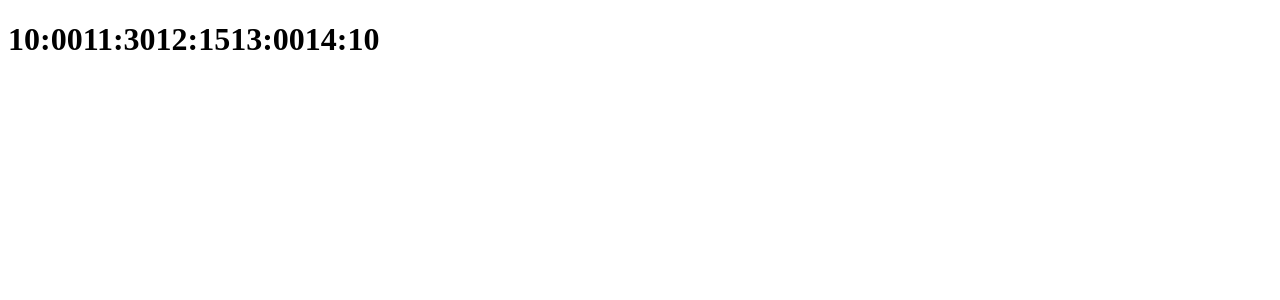
Repository: tsydikov/react_test_task_part2
Page: /
An editor plug-in stored every save of this project. The page is shown before and after the next save, followed by the edit.
The browser window is 1280 px wide. The pictures show the whole page.
The project was rebuilt for these pictures with package versions that can differ from the ones it lists, and the page was loaded fresh each time.

Above is the page before, as saved 2021-09-02 01:42:00.

### public/index.html
<!DOCTYPE html>
<html lang="en">
  <head>
    <meta charset="utf-8" />
    <meta name="viewport" content="width=device-width, initial-scale=1" />
    <meta
      name="description"
      content="Web site created using create-react-app"
    />
    <title>Task part 2</title>
  </head>
  <body>
    <div id="root"></div>

  </body>
</html>

### src/App.js
import React, { useEffect, useState } from 'react'
import GetFetchData from './API/GetFetchData';

function App() {
  const [workingIntervals,setWorkingIntervals] = useState([])
  useEffect(()=>{
    calck()
  },[])
  //   async function getFetchData() {
  //     const data = await GetFetchData.get()
  //     // console.log(data)
  // }
  const data = {
    "start": "10:00",
    "appointments": [
      {
        "start": "10:45",
        "duration": 45
      },
      {
        "start": "13:50",
        "duration": 20
      }
    ],
    "end": "15:00"
  }
  // функция для перевода строчных значений в числовые
  function stringToArray(time) {
    let StringToArray = [
      Number(time.slice(0, time.indexOf(':'))),
      Number(time.slice(time.indexOf(':') + 1, time.length))
    ]
    return StringToArray;
  }
  const calck = () => {
    let workingIntervals = [data.start]
    let appointments = []
    let startWork = stringToArray(data.start)
    let endWork = stringToArray(data.end)
    for (let i = 0; i < data.appointments.length; i++) {
      appointments.push(stringToArray(data.appointments[i].start))
    }
    let numberOfAppointment = 0
     // начинаем перебирать значения времени с шагом 45 минут
    for (let i = startWork[1]; startWork[0] < endWork[0]; i = i + 45) {
      // проверка наличия совещания
      let diference = Math.abs(Math.abs(startWork[0]-appointments[numberOfAppointment][0])* 60 + (appointments[numberOfAppointment][1] - startWork[1]))
      if (diference<= 90) {
        startWork[0]=appointments[numberOfAppointment][0]
        i=appointments[numberOfAppointment][1]
        i=i+data.appointments[numberOfAppointment].duration
        if (numberOfAppointment<(data.appointments.length-1)) {numberOfAppointment=numberOfAppointment+1}
      }
      // перебор масива
      if (i >= 60) {
        i = i - 60
        startWork[0] = startWork[0] + 1
        startWork[1] = i
      } else {
        startWork[1] = i
      }
      if (startWork[0] >= endWork[0] || (((endWork[0] - startWork[0]) === 1 )&& ((60-i)<45))) {
        console.log(workingIntervals)
        return setWorkingIntervals(workingIntervals);
      }
      // наращивание масива результатов
      if (startWork[1] === 0) {
        workingIntervals.push(startWork[0] + ':' + '00')
      } else {
        workingIntervals.push(startWork[0] + ':' + startWork[1])
      }
    }
  }
  return (
    <div className="App">
      <h1>{workingIntervals.map(interval =>
        interval, )}</h1>
    </div>
  );
}

export default App;

### src/API/GetFetchData.js
import { URL } from "./config"


export default class GetFetchData {
    static async get() {
        try {
            const response = await fetch(URL, {
                method: 'GET',
                credentials: 'omit',
                headers: {
                    Authorization: 'Bearer token',
                    'Content-Type': 'application/json'
                },
                referrerPolicy: 'no-referrer'
            })
            console.log(response)
            const data = await response.json()

            return data
        } catch (e) {
            console.log(e)
        }
    }
}

### src/API/config.js
export const URL = 'https://www.dropbox.com/s/18qqozhh34rbzxl/doctorsSchedule.json?dl=0'

Loaded but not shown: src/index.js (common file)

After the next save:
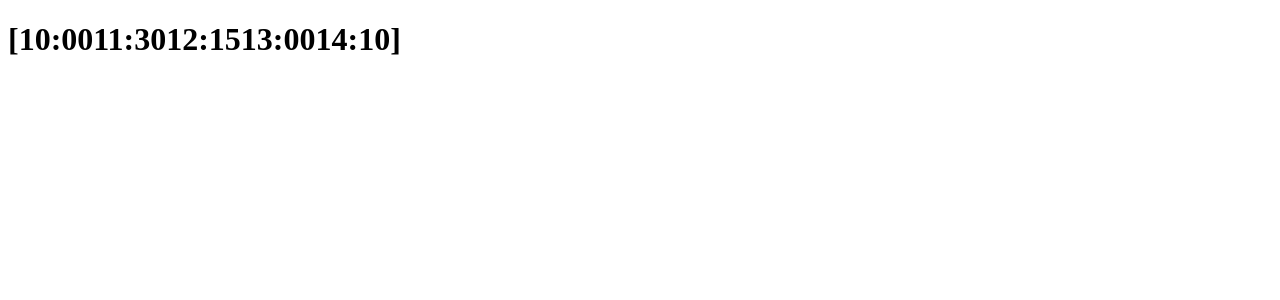
Saved 16 s later.
--- a/src/App.js
+++ b/src/App.js
@@ -73,8 +73,8 @@ function App() {
   }
   return (
     <div className="App">
-      <h1>{workingIntervals.map(interval =>
-        interval, )}</h1>
+      <h1>[{workingIntervals.map(interval =>
+        interval, )}]</h1>
     </div>
   );
 }
